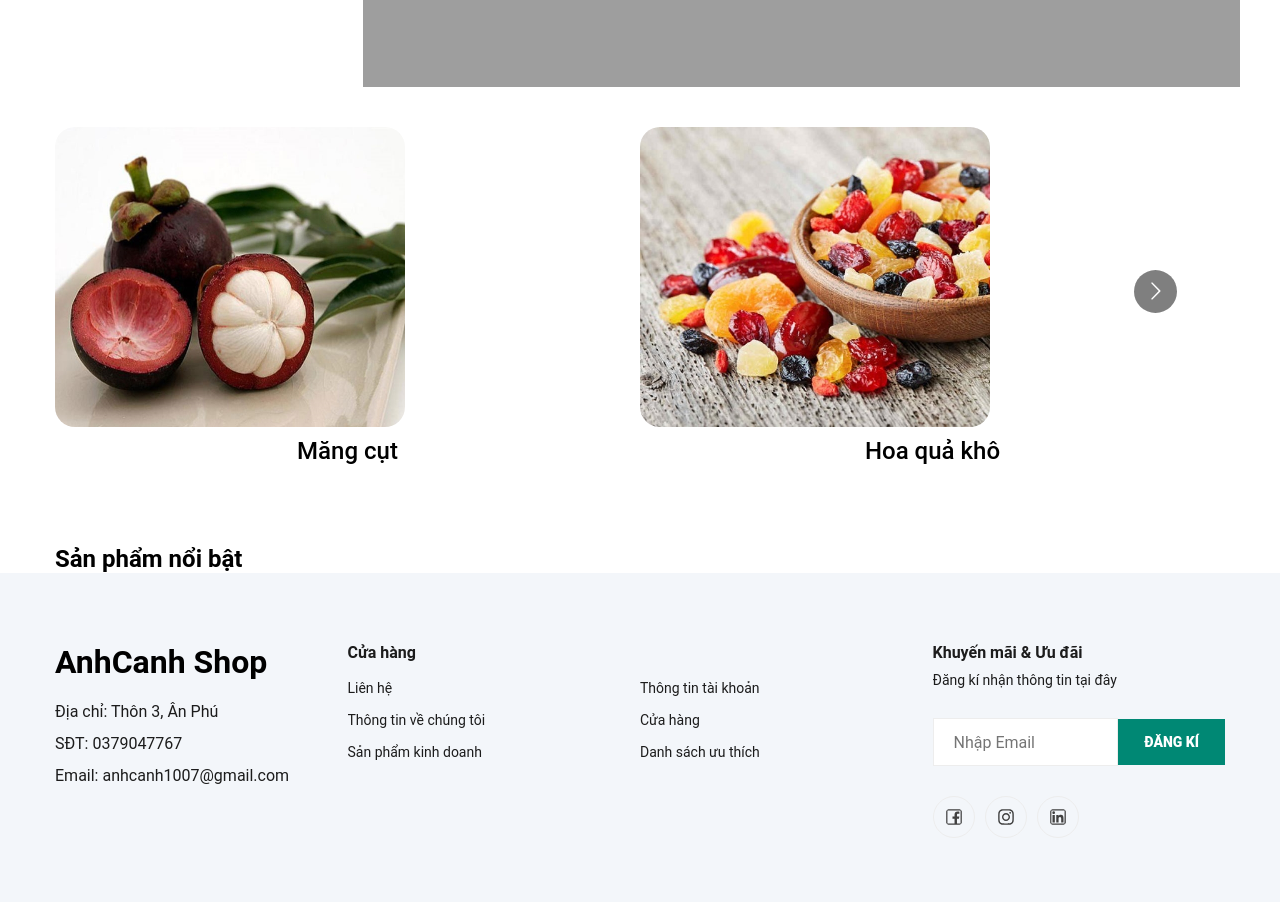
Repository: anhcanh1007/show_product
Page: /
The author's editor kept a copy of each file at every save. The page is drawn from the files as they stood at one save, then again after a run of saves.
The browser window is 1280 px wide. The pictures show the part of the page from y = 504 to 1456 px (the page is 1406 px tall before and 1456 px after).
Pictures or frames that could not be fetched are drawn as grey boxes. The project was rebuilt for these pictures with package versions that can differ from the ones it lists, and the page was loaded fresh each time. Imported but missing from the stored project, and not drawn on this page: src/pages/user/profilePage.

Above is the page before, as saved 2024-01-28 10:21:42.

After the next 2 saves:
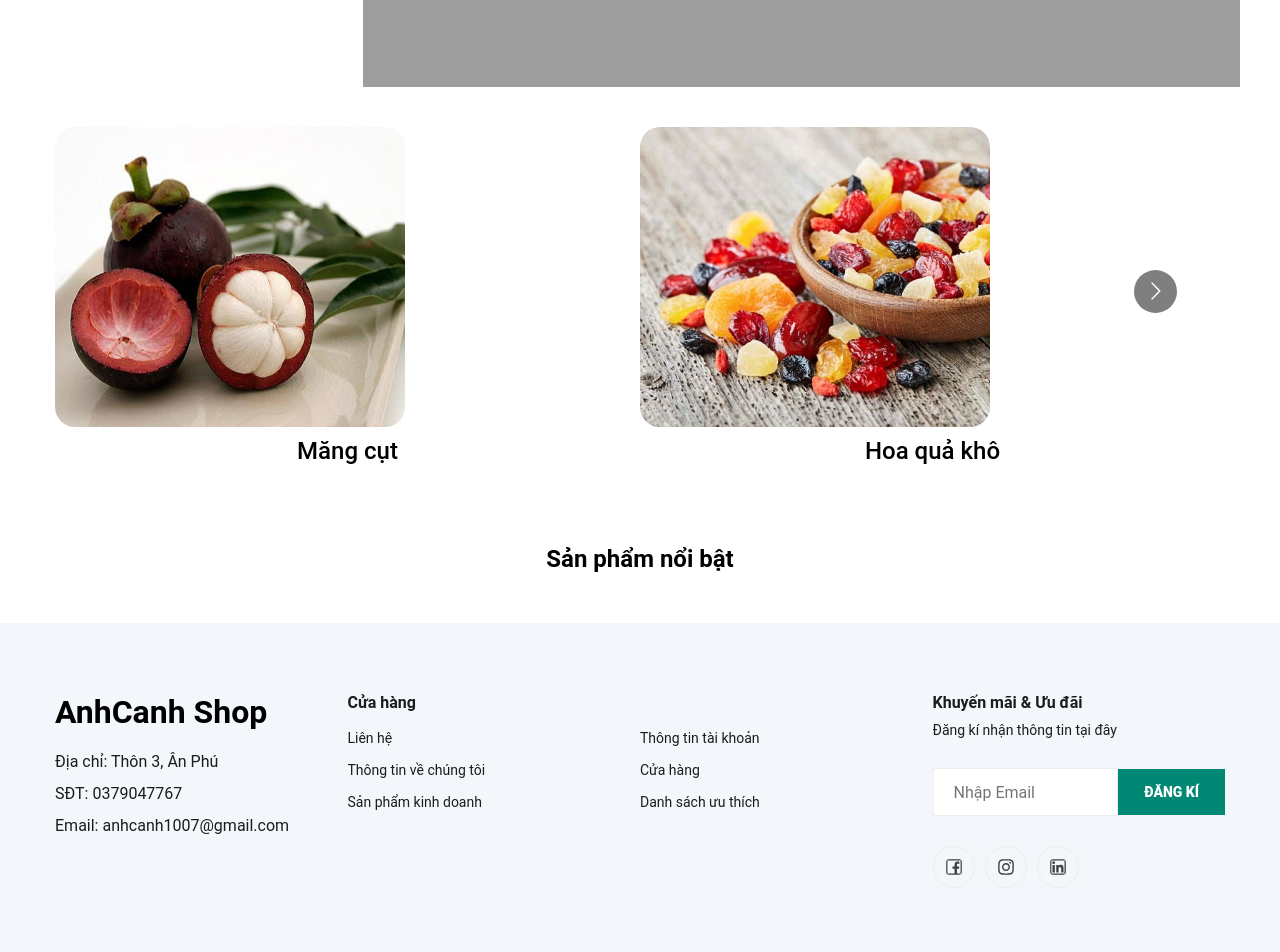
The 2 saves are shown as one change because they came seconds apart.
The last was saved 12 s later.
--- a/src/pages/user/homePage/style.scss
+++ b/src/pages/user/homePage/style.scss
@@ -26,6 +26,9 @@
     margin-top: 50px;
 
     .section-title {
+        margin-bottom: 50px;
+        text-align: center;
+
 
     }
 }
